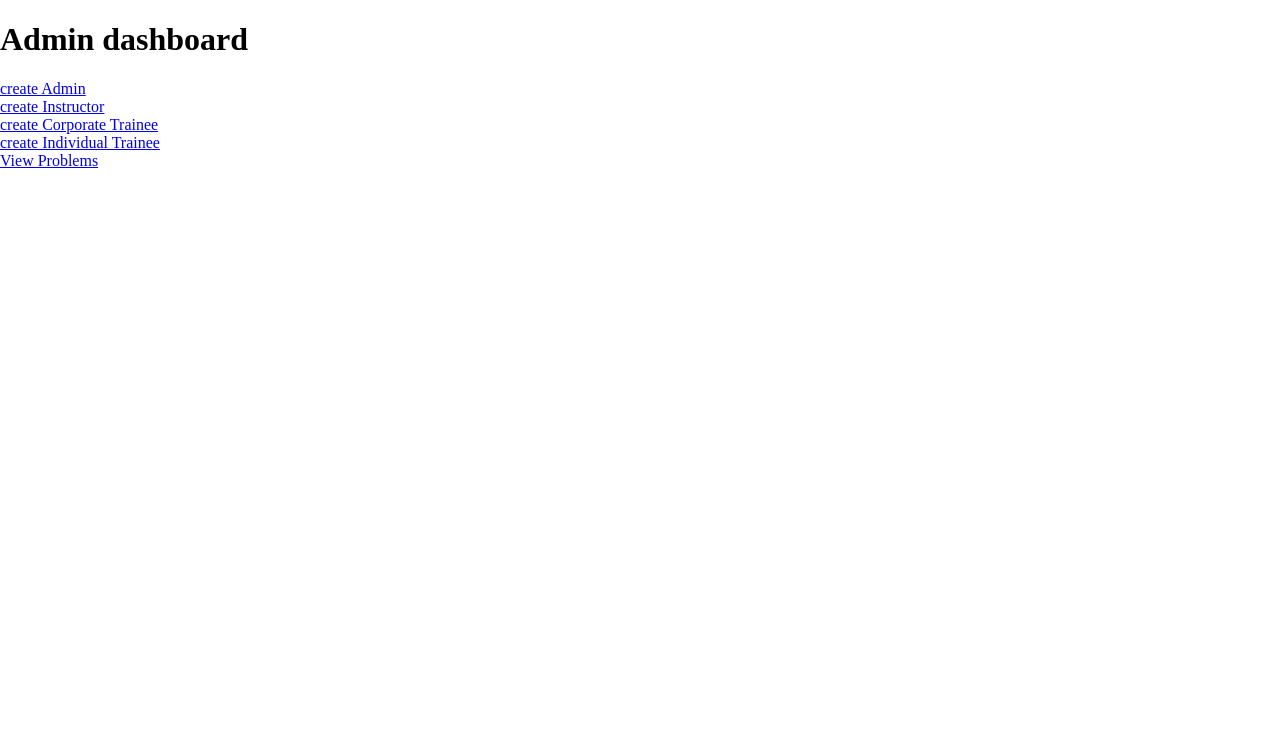
Repository: alafty/ACML-Project
Page: /adminDashboard (app in frontend/)
An editor plug-in stored every save of this project. The page is shown before and after the next save, followed by the edit.
The browser window is 1280 px wide. The pictures show the whole page.
The project was rebuilt for these pictures with package versions that can differ from the ones it lists, and the page was loaded fresh each time. Also part of the build but not shown: frontend/src/components/header.tsx, frontend/src/pages/Register/Register.tsx, frontend/src/utils/authUtils.ts, frontend/src/constants/app_config.ts, frontend/src/utils/httpClient.ts, frontend/src/app/UsersServices.ts, frontend/src/pages/Login/Login.tsx, frontend/src/pages/Login/ForgotPassword.tsx and 26 more. Imported but missing from the stored project, and not drawn on this page: frontend/src/pages/Course/CourseDetails, frontend/src/pages/Legal/Legal, frontend/src/reportWebVitals.

Above is the page before, as saved 2023-01-03 08:41:41.

### frontend/src/index.js
import React from 'react';
import { createRoot } from 'react-dom/client';
import { Provider } from 'react-redux';
import { store } from './app/store';
import App from './App';
import reportWebVitals from './reportWebVitals';

const container = document.getElementById('root');
const root = createRoot(container);

root.render(
  <React.StrictMode>
    <Provider store={store}>
      <App />
    </Provider>
  </React.StrictMode>
);

// If you want to start measuring performance in your app, pass a function
// to log results (for example: reportWebVitals(console.log))
// or send to an analytics endpoint. Learn more: https://bit.ly/CRA-vitals
reportWebVitals();

### frontend/src/App.tsx
import React from "react";
import { BrowserRouter as Router, Routes, Route } from "react-router-dom";
import Register from "./pages/Register/Register";
import Login from "./pages/Login/Login";
import ForgotPassword  from './pages/Login/ForgotPassword'
import ResetPassword  from './pages/Login/ResetPassword'

import Landing from "./pages/Landing";
import IndividualTrainee from "./pages/Register/IndividualTraineeRegister";
import InstructorRegister from "./pages/Register/InstructorRegister";
import CorporateTrainee from "./pages/Register/CorporateTraineeRegister";
import CreateQuiz from "./pages/Instructor/CreateQuiz";
import InstructorDetails from "./pages/Instructor/InstructorDetails";
import Home from "./pages/Home";
import Legal from "./pages/Legal/Legal";
import LegalInstructor from "./pages/Legal/LegalInstructor";
import CourseDetails from "./pages/Course/CourseDetails";
import Rate from "./pages/Rate";
import SubtitleDetail from "./pages/Course/SubtitleDetail";
import SolveSolveEx from './pages/Course/SolveSolveEx';
import LandingInstructor from "./pages/LandingInstructor";
import AdminDashboard from "./pages/admin/adminDashboard";
import CreateAdmin from "./pages/admin/createAdmin";
import CreateInstructor from "./pages/admin/createInstructor";
import CreateCTrainee from "./pages/admin/createCTrainee";
import CreateITrainee from "./pages/admin/createITrainee";
import ViewProblems from "./pages/admin/viewProblems";

const defaultGlobalState = {
  loggedInUser: { user: String, instructor: String },
};

const globalStateContext = React.createContext(defaultGlobalState);
const dispatchStateContext = React.createContext(undefined);

const GlobalStateProvider = ({ children }) => {
  const [state, dispatch] = React.useReducer(
    (state, newValue) => ({ ...state, ...newValue }),
    defaultGlobalState
  );
  return (
    <globalStateContext.Provider value={state}>
      <dispatchStateContext.Provider value={dispatch}>
        {children}
      </dispatchStateContext.Provider>
    </globalStateContext.Provider>
  );
};

export const useGlobalState = () => [
  React.useContext(globalStateContext),
  React.useContext(dispatchStateContext),
];




function app() {

  return (
    <GlobalStateProvider>
      <Router>
        <div>
          <Routes>
            <Route path='/' element={<Landing/>} />
            <Route path="/" element={<Landing />} />
            <Route path="/register" element={<Register />} />
            <Route path="/login" element={<Login />} />
            <Route path='/rate' element={<Rate/>} />
            <Route
              path="/indivTraineeRegister"
              element={<IndividualTrainee />}
            />
            <Route
              path="/instructorRegister"
              element={<InstructorRegister />}
            />
            <Route path="/corpTraineeRegister" element={<CorporateTrainee />} />
            <Route path="/home" element={<Home />} />
            <Route path="/instructorHome" element={<InstructorDetails />} />
            <Route path="/instructor" element={<LandingInstructor/>} />
            <Route path="/createquiz" element={<CreateQuiz />} />
            <Route path="/course=:id" element={<CourseDetails />} />
            <Route path='/instructorHome' element={<InstructorDetails/>} />
            <Route path='/legal' element= {<Legal/>} />
            <Route path='/legalinstructor' element= {<LegalInstructor/>} />
            <Route path='/course=:id/sub=:subId' element={<SubtitleDetail />} />
            <Route path="/forgot-password" element={<ForgotPassword />} />
			      <Route path="/password-reset/:id/:token" element={<ResetPassword />} />
            <Route path='/getQuiz' element={<SolveSolveEx QuizID= {2}/>} />
            <Route path="/adminDashboard" element={<AdminDashboard />} />
            <Route path="/createAdmin" element={<CreateAdmin />} />
            <Route path="/createInstructor" element={<CreateInstructor />} />
            <Route path="/createCorpTrainee" element={<CreateCTrainee />} />
            <Route path="/createindivTrainee" element={<CreateITrainee />} />
            <Route path="/viewProblems" element={<ViewProblems />} />







          </Routes>
        </div>
      </Router>
    </GlobalStateProvider>

  )
}

export default app;

### frontend/src/pages/admin/adminDashboard.tsx
import { Link } from "react-router-dom"


function AdminDashboard () {

    return(
        <div>
        <h1>Admin dashboard</h1>
        <Link to="/createAdmin">create Admin</Link> <br />
        <Link to="/createInstructor">create Instructor</Link> <br />
        <Link to="/createCorpTrainee">create Corporate Trainee</Link> <br />
        <Link to="/createindivTrainee">create Individual Trainee</Link> <br />
        <Link to="/viewProblems">View Problems</Link> <br />





        </div>

    )

}
export default AdminDashboard

### frontend/src/Styling/mainLayout.css

:root {
    --primaryLight: #bae7e4;
    --primary: #4b96a9;
    --secondary: #52adcc;
    --text: #293237;
    --white: #fcfcfc;
}

html, body {
    height: 100%;
    width: 100%;
    margin: 0px;
}

.container {
    display: flex;
    flex-direction: column;
}

.logo {
    background-image: url('../assets/logo.png');
    background-size: cover;
    width: 300px;
    height: 80px;
}

.search-bar {
    width: 100%;
    background-color: var(--primaryLight);
    border-radius: 10px;
}

.selector {
    width: 400px;
    margin-left: 160px;
    background-color: var(--white);
}

#button-search {
    margin-left: 20px;
    padding: 10px;
    padding-inline: 20px;
    color: var(--white);
    background-color: var(--secondary);
}
.landing-header {
    font-family:'Gill Sans', 'Gill Sans MT', Calibri, 'Trebuchet MS', sans-serif;
    font-size: 64px;
    padding-left: 2%;
    padding-top: 5%;
    color: var(--text);
    margin-bottom: -2%;
}
.course-details-title {
    font-family:'Gill Sans', 'Gill Sans MT', Calibri, 'Trebuchet MS', sans-serif;
    font-size: 48px;
    padding-left: 20px;
    margin-bottom: -5px;
    color: var(--text);
}

.course-details-description {
    font-family:'Times New Roman', Times, serif;
    font-weight:lighter;
    font-size: 18px;
    padding-left: 20px;
    color: var(--text);
}

.course-details-rating {
    font-family:'Gill Sans', 'Gill Sans MT', Calibri, 'Trebuchet MS', sans-serif;
    font-weight:600;
    font-size: 24px;
    padding-left: 20px;
    color: var(--text);
}

.course-details-rating-count {
    font-family:'Times New Roman', Times, serif;
    font-weight:lighter;
    font-size: 20px;
    padding-left: 20px;
    color: var(--secondary);
}

.course-details-instructor-info{
    width: 100%;
    height: 55%;
    background-color: var(--text);
}
.course-details-instructor-header{
    font-family:'Gill Sans', 'Gill Sans MT', Calibri, 'Trebuchet MS', sans-serif;
    font-size: 38px;
    font-weight: bolder;
    padding-left: 6%;
    margin-top: 0;
    margin-bottom: -5px;
    color: var(--primary);
}
.course-details-instructor-name{
    font-family:'Gill Sans', 'Gill Sans MT', Calibri, 'Trebuchet MS', sans-serif;
    font-size: 38px;
    padding-left: 6%;
    margin-top: -1%;
    margin-bottom: -5px;
    color: var(--white);
}

.course-details-instructor-bio{
    font-family:'Times New Roman', Times, serif;
    font-weight:lighter;
    font-size: 22px;
    padding-left: 6%;
    padding-right: 8%;
    color: var(--primaryLight);
}

.course-details-instructor-rating {
    font-family:'Gill Sans', 'Gill Sans MT', Calibri, 'Trebuchet MS', sans-serif;
    font-weight:600;
    font-size: 28px;
    padding-left: 6%;
    color: var(--white);
}

.course-details-instructor-rating-count {
    font-family:'Times New Roman', Times, serif;
    font-weight:lighter;
    font-size: 20px;
    padding-left: 6%;
    color: var(--primaryLight);
}

.course-details-price {
    font-family:'Gill Sans', 'Gill Sans MT', Calibri, 'Trebuchet MS', sans-serif;
    font-weight:bolder;
    font-size: 42px;
    margin-bottom: 0%;
    color: var(--text);
}

.course-details-subtitle{
    padding-left: 1%;
    margin-top: 1%;
    margin-Inline: 2%;
    height: 100px;
    border: 1px solid var(--primary);
    border-radius: 10px;
    border-bottom: 0;
    background-color: var(--primary);

}
.course-details-subtitle-header{
    font-family: 'Gill Sans', 'Gill Sans MT', Calibri, 'Trebuchet MS', sans-serif;
    font-size: 24px;
    font-weight: 600;
    margin-top: 10px;
}

.course-details-subtitle-description{
    font-family:'Times New Roman', Times, serif;
    font-size: 18px;
    font-weight: 400;
    margin-top: 10px;
}

.landing-card {
    background-color: var(--primaryLight);
    flex-direction: 'row';
    width: 85vw;
    height: 60vh;
    border-radius: 20px;
    margin-left: 7.5%;
    margin-top: 5%;
}
.register-card {
    background-color: var(--primaryLight);
    flex-direction: 'row';
    width: 60vw;
    height: 80vh;
    border-radius: 20px;
    margin-left: 20%;
    margin-top: 5%;
}

.body {
        background-color: var(--white);
        height: 100vh;
        background-size: cover;
}

.title {
    font-family: Arial, Helvetica, sans-serif;
    font-size: 64px;
    margin-top: 250px;
    padding-inline: 150px;
    color: var(--text);
}

.landing-subtitle {
    font-family:'Times New Roman', Times, serif;
    font-weight:lighter;
    font-size: 24px;
    padding-left: 2%;
    padding-top: 2%;
    color: var(--text);
}

#big-button-primary {
    padding-inline: 50px;
    padding-block: 10px;
    background-color: var(--primary);
    margin: 2%;
    font-size: 24px;
}

#big-button-primary-outlined {
    padding-inline: 50px;
    padding-block: 10px;
    border-color: var(--secondary);
    color: var(--secondary);
    margin: 20px;
    font-size: 24px;
}

.form{
    display: flex;
    flex-direction: column;
    justify-content: center;
    align-items: center;
    margin-inline: 5%;
    margin-top: 5%;
}

.legal-border{
    margin: 20px;
    padding: 20px;
    background-color: #ffffff;
    border-radius: 20px;
}

#small-button-primary{
    background-color: var(--primary);
    margin-left: 1%;
}

.courses-panel-bg{
    display: flex;
    flex-direction: row;
    padding: 20px;
    border-radius: 20px;
    background-color: var(--white);
    width: 75%;
    height: 40%;
    margin-left: 150px;
    box-shadow: rgba(100, 100, 111, 0.2) 0px 7px 29px 0px;

}

.course-card{
    display: flex;
    flex-direction: column;
    justify-content: 'space-between';
    padding: 10px;
    border-radius: 10px;
    background-color: var(--primaryLight);
    min-width: 400px;
    width: 400px;
    height: 440px;
    margin-inline: 20px;
    margin-block: 10px;
    box-shadow: rgba(100, 100, 111, 0.2) 0px 7px 29px 0px;
}

Loaded but not shown: frontend/public/index.html (common file); frontend/src/app/store.js (common file)

After the next save:
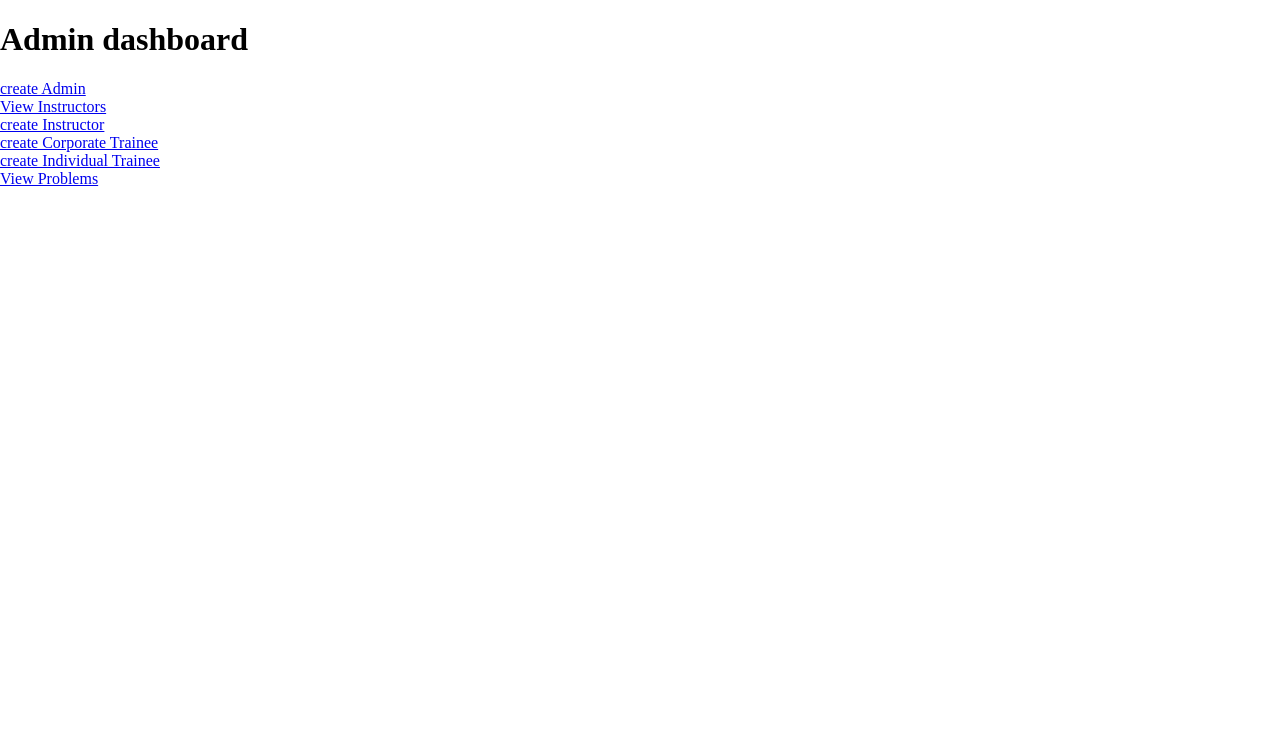
Saved 2 min 11 s later.
--- a/frontend/src/pages/admin/adminDashboard.tsx
+++ b/frontend/src/pages/admin/adminDashboard.tsx
@@ -7,6 +7,7 @@ function AdminDashboard () {
         <div>
         <h1>Admin dashboard</h1>
         <Link to="/createAdmin">create Admin</Link> <br />
+        <Link to="/viewInstructors">View Instructors</Link> <br />
         <Link to="/createInstructor">create Instructor</Link> <br />
         <Link to="/createCorpTrainee">create Corporate Trainee</Link> <br />
         <Link to="/createindivTrainee">create Individual Trainee</Link> <br />
